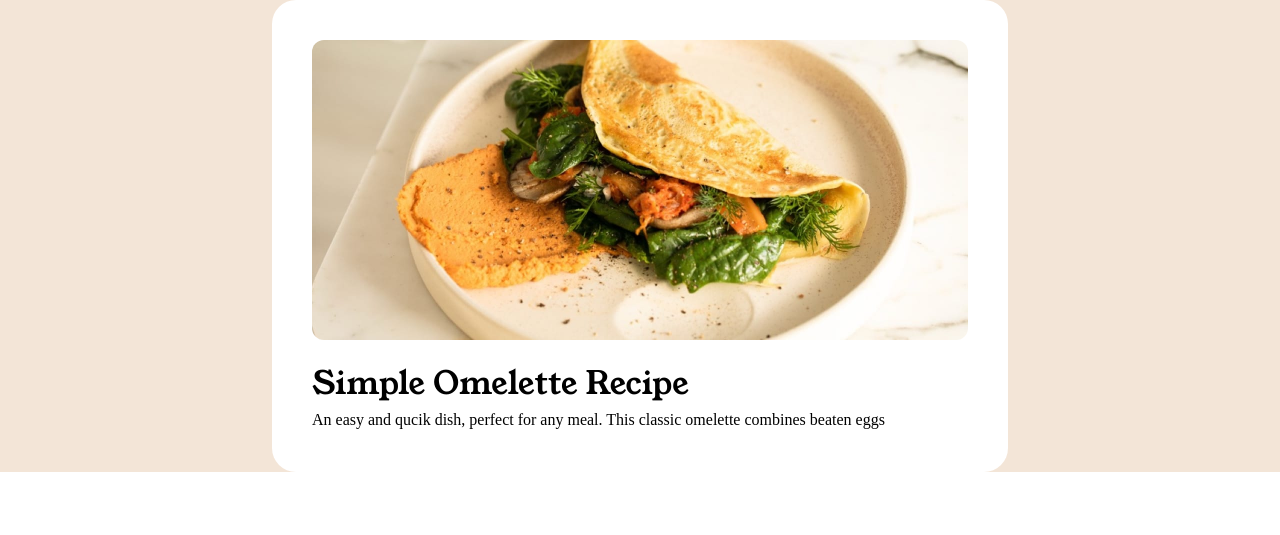
Repository: brandontaylor1/recipe-page
Page: index.html
An editor plug-in stored every save of this project. The page is shown before and after the next save, followed by the edit.
The browser window is 1280 px wide. The pictures show the whole page.

Above is the page before, as saved 2024-12-28 21:47:29.

### index.html
<!DOCTYPE html>
<html lang="en">
<head>
    <meta charset="UTF-8">
    <meta name="viewport" content="width=device-width, initial-scale=1.0">
    <link rel="preconnect" href="https://fonts.googleapis.com">
    <link rel="preconnect" href="https://fonts.gstatic.com" crossorigin>
    <link href="https://fonts.googleapis.com/css2?family=Outfit:wght@100..900&family=Young+Serif&display=swap" rel="stylesheet">
    <link rel="stylesheet" href="styles.css">
    <title>Recipe Page</title>
</head>
<body>
    <main class="container">
        <div class="recipe-card">
            <img src="./assets/images/image-omelette.jpeg" alt="recipe-image">
            <h1>Simple Omelette Recipe</h1>
            <p>An easy and qucik dish, perfect for any meal. This classic omelette combines beaten eggs</p>
        </div>


    </main>



    <script src="index.js"></script>
</body>
</html>

### styles.css
*,
*::before,
*::after {
    box-sizing: border-box;
}

body,
h1,
h2,
h3,
h4,
h5,
h6,
p,
figure,
picture {
    margin: 0;
}

body {
    line-height: 1.5;
    min-height: 100vh;
}

img,
picture {
    max-width: 100%;
    display: block;
}

input,
button,
textarea,
select {
    font: inherit;
}

@media (prefers-reduced-motion: reduce) {
    *,
    *::before,
    *::after {
      animation-duration: 0.01ms !important;
      animation-iteration-count: 1 !important;
      transition-duration: 0.01ms !important;
      scroll-behavior: auto !important;
    }
  }

  /* UTILITY CLASSES */
  /* .flex{
    display: flex;
    gap: var(--gap, 1rem);
  }

  .grid {
    display: grid;
    gap: var(--gap, 1rem);
  }

  .container {
    padding: 0 2rem;
    margin: 0 auto;
    max-width: 80rem;
  }

  .sr-only {
    position: absolute;
    width: 1px;
    height: 1px;
    padding: 0;
    margin: -1px;
    overflow: hidden;
    clip: rect(0, 0, 0, 0);
    white-space: nowrap;
    border-width: 0;
  }

  .backgroundColor {
    background-color: var(--color-rose-50);
  } */




:root {
    /* COLORS */
    --color-rose-800: #7A284E;
    --color-rose-50: #FFF7FB;

    --color-stone-900: #312E2C;
    --color-stone-600: #5F564D;
    --color-stone-150: #E3DDD7;
    --color-stone-100: #F3E5D7;

    --color-brown-800: #854632;

    --color-white: #FFFFFF;
    --color-black: #000000;

    /* FONTS */
    /* @font-face {
        font-family: "YoungSerif-Regular", sans-serif;
        src: url(./fonts/YoungSerif-Regular.ttf) format('ttf');
    }

    @font-face {
        font-family: "Outfit-SemiBold", sans-serif;
        src: url(./fonts/Outfit-SemiBold.ttf) format('ttf');
    }

    @font-face {
        font-family: "Outfit-Bold", sans-serif;
        src: url(./fonts/Outfit-Bold.ttf) format('ttf');
    }

    @font-face {
        font-family: "Outfit-Regular", sans-serif;
        src: url(./fonts/Outfit-Regular.ttf) format('ttf');
    } */

    /* FONT SIZES */
    /* --fs-h1: 9.375rem;
    --fs-h2: 1.75rem;
    --fs-h3: 1.25rem;
    --fs-p: 1rem; */

}

.container {
    display: flex;
    flex-direction: column;
    align-items: center;
    justify-content: center;
    padding: 0 2rem;
    margin: 0 auto;
    max-width: 80rem;
    background-color: var(--color-stone-100);

}

.recipe-card {
    width: 736px;
    padding: 40px;
    background-color: var(--color-white);
    border-radius: 24px;

}

.recipe-card img {
    width: 100%;
    border-radius: 12px;
}

.recipe-card h1 {
    margin-top: 20px;
    font-family: "Young Serif", sans-serif;
    font-weight: 200;
}

Loaded but not shown: index.js (common file)

After the next save:
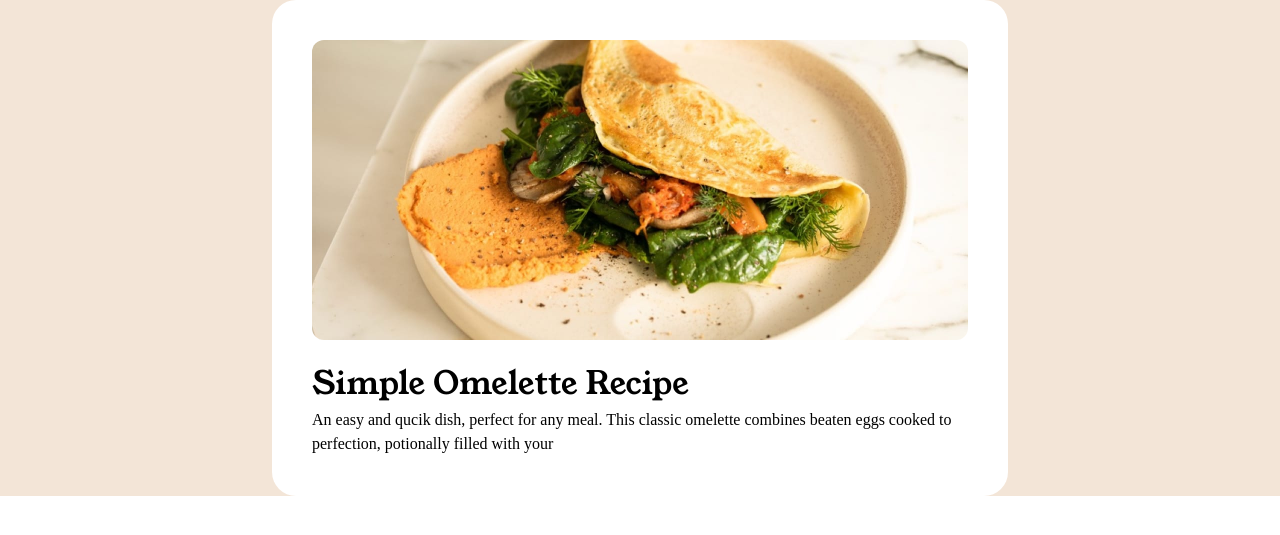
Saved 12 s later.
--- a/index.html
+++ b/index.html
@@ -14,7 +14,7 @@
         <div class="recipe-card">
             <img src="./assets/images/image-omelette.jpeg" alt="recipe-image">
             <h1>Simple Omelette Recipe</h1>
-            <p>An easy and qucik dish, perfect for any meal. This classic omelette combines beaten eggs</p>
+            <p>An easy and qucik dish, perfect for any meal. This classic omelette combines beaten eggs cooked to perfection, potionally filled with your </p>
         </div>
 
 
